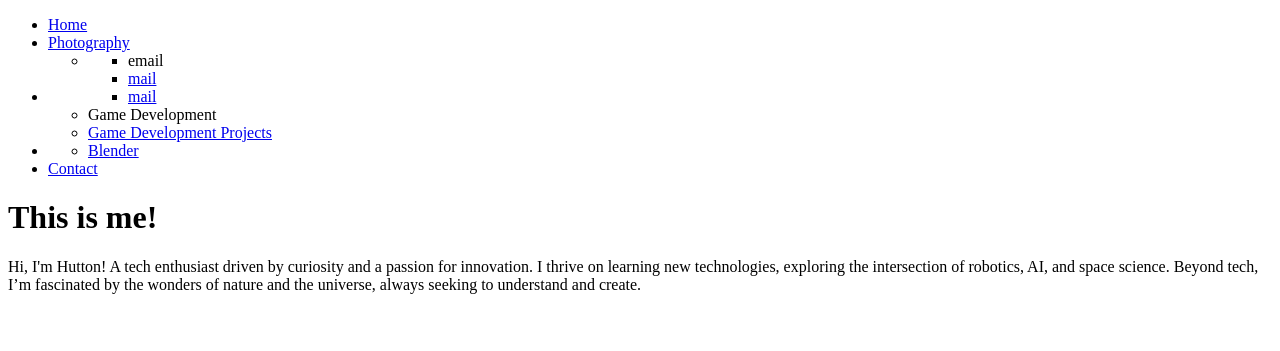
Repository: Argivist/ArgPortfolio
Page: index.html
These files come from the project's save history. The page is drawn as it stood at one moment and after the next save; the edit follows.
The browser window is 1280 px wide. The pictures show the whole page.

Above is the page before, as saved 2025-03-28 14:38:24.

### index.html
<!DOCTYPE html>
<html lang="en">

<head>
    <meta charset="UTF-8">
    <meta name="viewport" content="width=device-width, initial-scale=1.0">
    <link rel="stylesheet" href="styles.css">
    <link rel="stylesheet" href="nav.css">

    <title>Hutton Amison-Addy</title>
</head>

<body>
    <nav>
        <ul>
            <li><a href="index.html">Home</a></li>
            <li> <a href="https://www.instagram.com/theworldinoneseye/">Photography</a></li>
            <!-- contact -->
            <li>
                <ul class="dropdown">
                    <li class="dropdown-content"> Connect and Contact</li>
                    <li class="dropdown-content"><a href="https://www.linkedin.com/in/hutton-amison-addy-7b1b3b1b1/">LinkedIn</a></li>
                    <li class="dropdown-content"><a href="https://www.github.com/Argivist">GitHub</a></li>
                    <li>
                        <ul class="dropdownsecond">
                            <li >email</li>
                            <li><a href="mailto:hutton.amison@ashesi.edu.gh">mail</a></li>
                            <li><a href="mailto:huttonaaddy.public@gmail.com">mail</a></li>
                        </ul>
                    </li>
                </ul>

            </li>
            <li>
                <ul class="dropdown">
                    <li>Game Development</li>
                    <li><a href="game/index.html">Game Development Projects</a></li>
                    <li><a href="blender/index.html">Blender</a></li>
                </ul>
            </li>
            <li><a href="contact.html">Contact</a></li>
        </ul>
    </nav>
    <div>
        <h1> This is me!</h1>
        <p class="desc">
            Hi, I'm Hutton! A tech enthusiast driven by curiosity and a passion for innovation. I thrive on learning new technologies, exploring the intersection of robotics, AI, and space science. Beyond tech, I’m fascinated by the wonders of nature and the universe, always seeking to understand and create.
        </p>
    </div>

</body>

</html>

### css/nav.css
.dropdown{
    position: relative;
    display: inline-block;
}
.dropdown:hover .dropdown-content{
    display: block;
}
.dropdown-content{
    display: none;
    position: absolute;
    background-color: #f9f9f9;
    min-width: 160px;
    box-shadow: 0px 8px 16px 0px rgba(0,0,0,0.2);
    z-index: 1;
}

Loaded but not shown: css/styles.css (no stored copy; drawn as an empty file)

After the next save:
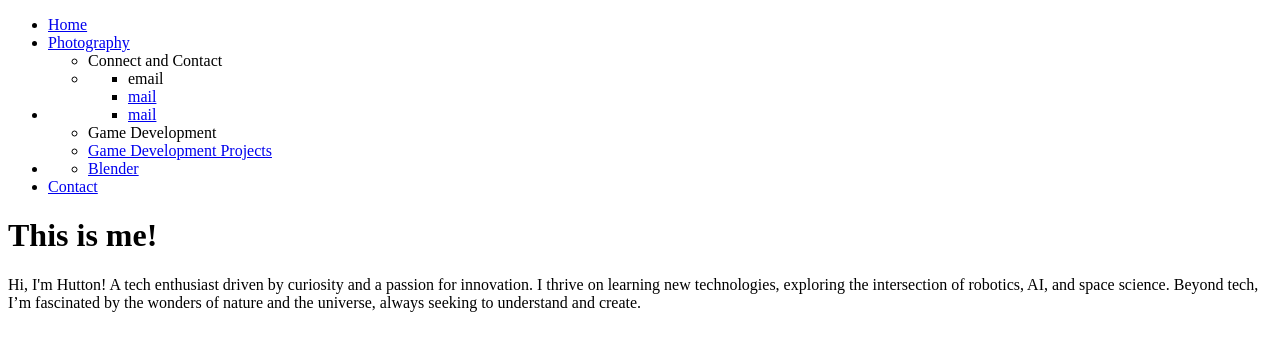
Saved 5 s later.
--- a/index.html
+++ b/index.html
@@ -18,7 +18,7 @@
             <!-- contact -->
             <li>
                 <ul class="dropdown">
-                    <li class="dropdown-content"> Connect and Contact</li>
+                    <li > Connect and Contact</li>
                     <li class="dropdown-content"><a href="https://www.linkedin.com/in/hutton-amison-addy-7b1b3b1b1/">LinkedIn</a></li>
                     <li class="dropdown-content"><a href="https://www.github.com/Argivist">GitHub</a></li>
                     <li>
